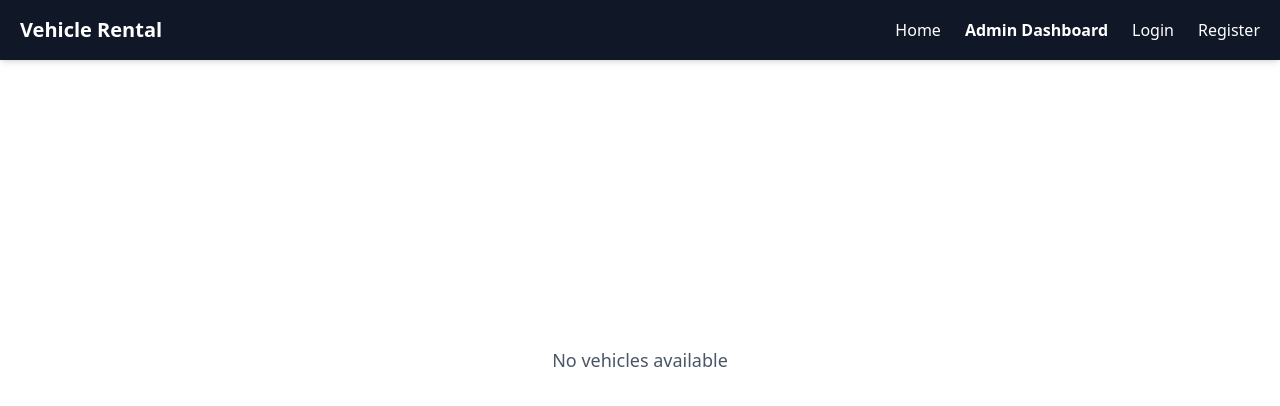
Repository: Sugan-g/vehicle-rental-system
Page: / (app in frontend/)
An editor plug-in stored every save of this project. The page is shown before and after the next save, followed by the edit.
The browser window is 1280 px wide. The pictures show the whole page.
The page's requests for data from a server got no answer. The project was rebuilt for these pictures with package versions that can differ from the ones it lists, and the page was loaded fresh each time. No one was signed in, and anything a server would have sent is missing. Also part of the build but not shown: frontend/vite.config.js, frontend/src/components/VehicleCard.jsx, frontend/src/components/BookingForm.jsx, frontend/src/components/ReviewForm.jsx, frontend/src/pages/VehiclePage.jsx, frontend/src/pages/LoginPage.jsx, frontend/src/pages/RegisterPage.jsx, frontend/src/pages/RentalHistoryPage.jsx and 5 more.

Above is the page before, as saved 2025-11-03 10:34:32.

### frontend/index.html
<!doctype html>
<html lang="en">
  <head>
    <meta charset="UTF-8" />
    <link rel="icon" type="image/svg+xml" href="/vite.svg" />
    <meta name="viewport" content="width=device-width, initial-scale=1.0" />
    <title>Vehicle Rental System</title>
        <link rel="stylesheet" href="/src/index.css" />

  </head>
  <body>
    <div id="root"></div>
    <script type="module" src="/src/main.jsx"></script>
  </body>
</html>

### frontend/src/main.jsx
import React from "react";
import ReactDOM from "react-dom/client";
import App from "./App.jsx";
import "./index.css";

ReactDOM.createRoot(document.getElementById("root")).render(
    <React.StrictMode>
        <App />
    </React.StrictMode>
);

### frontend/src/App.jsx
import { BrowserRouter as Router, Routes, Route } from "react-router-dom";
import Navbar from "./components/Navbar.jsx";
import HomePage from "./pages/HomePage.jsx";
import VehiclePage from "./pages/VehiclePage.jsx";
import LoginPage from "./pages/LoginPage.jsx";
import RegisterPage from "./pages/RegisterPage.jsx";
import RentalHistoryPage from "./pages/RentalHistoryPage.jsx";
import AdminPage from "./pages/AdminPage.jsx";
import BookingPage from "./pages/BookingPage.jsx";
import MyBookings from "./pages/MyBookings.jsx";
import EditBooking from "./pages/EditBooking.jsx";

function App() {
    return (
        <Router>
            <Navbar />
            <Routes>
                <Route path="/" element={<HomePage />} />
                <Route path="/vehicle/:id" element={<VehiclePage />} />
                <Route path="/login" element={<LoginPage />} />
                <Route path="/register" element={<RegisterPage />} />
                <Route path="/rental-history" element={<RentalHistoryPage />} />
                <Route path="/admin" element={<AdminPage />} />
                <Route path="/book/:vehicleId" element={<BookingPage />} />
                <Route path="/my-bookings" element={<MyBookings />} />
                <Route path="/edit-booking/:id" element={<EditBooking />} />

            </Routes>
        </Router>
    );
}

export default App;

### frontend/src/components/Navbar.jsx
import { Link, useNavigate } from "react-router-dom";
import { useState, useEffect } from "react";
import { FiMenu, FiX } from "react-icons/fi";

export default function Navbar() {
  const navigate = useNavigate();
  const [isLoggedIn, setIsLoggedIn] = useState(false);
  const [menuOpen, setMenuOpen] = useState(false);
  const [role, setRole] = useState(null);

  useEffect(() => {
    const token = localStorage.getItem("token");
    const userRole = localStorage.getItem("role");

    setIsLoggedIn(!!token);
    setRole(userRole);
  }, []);

  const handleLogout = () => {
    localStorage.removeItem("token");
    localStorage.removeItem("role");
    setIsLoggedIn(false);
    setRole(null);
    navigate("/login");
  };

  return (
    <nav className="bg-gray-900 text-white px-5 py-4 shadow-md fixed top-0 left-0 w-full z-50">
      <div className="flex justify-between items-center">
        <Link to="/" className="text-xl font-bold">
          Vehicle Rental
        </Link>

        {/* Mobile Menu Toggle */}
        <button
          className="md:hidden text-2xl"
          onClick={() => setMenuOpen(!menuOpen)}
        >
          {menuOpen ? <FiX /> : <FiMenu />}
        </button>

        {/* Desktop Menu */}
        <div className="hidden md:flex space-x-6 items-center">
          <Link to="/">Home</Link>

            <Link to="/admin" className="font-semibold">
              Admin Dashboard
            </Link>


          {isLoggedIn ? (
            <>
              <Link to="/rental-history">My Rentals</Link>
              <button onClick={handleLogout} className="hover:text-red-400">
                Logout
              </button>
            </>
          ) : (
            <>
              <Link to="/login">Login</Link>
              <Link to="/register">Register</Link>
            </>
          )}
        </div>
      </div>

      {/* ✅ Mobile Dropdown Menu */}
      <div
        className={`md:hidden transition-all duration-300 overflow-hidden ${
          menuOpen ? "max-h-60 mt-3" : "max-h-0"
        }`}
      >
        <div className="bg-gray-800 p-5 rounded-lg flex flex-col space-y-4 text-center">
          <Link to="/" onClick={() => setMenuOpen(false)}>
            Home
          </Link>

          {isLoggedIn && role === "admin" && (
            <Link
              to="/admin/dashboard"
              onClick={() => setMenuOpen(false)}
              className="font-semibold text-yellow-400"
            >
              Admin Dashboard
            </Link>
          )}

          {isLoggedIn ? (
            <>
              <Link
                to="/rental-history"
                onClick={() => setMenuOpen(false)}
              >
                My Rentals
              </Link>
              <button
                onClick={() => {
                  handleLogout();
                  setMenuOpen(false);
                }}
                className="text-red-400 font-semibold"
              >
                Logout
              </button>
            </>
          ) : (
            <>
              <Link to="/login" onClick={() => setMenuOpen(false)}>
                Login
              </Link>
              <Link to="/register" onClick={() => setMenuOpen(false)}>
                Register
              </Link>
            </>
          )}
        </div>
      </div>
    </nav>
  );
}

### frontend/src/pages/HomePage.jsx
import { useEffect, useState } from "react";
import API from "../api/api.js";
import VehicleCard from "../components/VehicleCard.jsx";

export default function HomePage() {
    const [vehicles, setVehicles] = useState([]);
    const [loading, setLoading] = useState(true);

    useEffect(() => {
        const fetchVehicles = async () => {
            try {
                const res = await API.get("/vehicles");
                setVehicles(res.data);
            } catch (error) {
                console.error("Error fetching vehicles:", error);
            } finally {
                setLoading(false);
            }
        };
        fetchVehicles();
    }, []);

    if (loading) {
        return (
            <div className="flex justify-center items-center min-h-screen">
                <p className="text-lg font-medium text-gray-600">Loading vehicles...</p>
            </div>
        );
    }

    if (!vehicles.length) {
        return (
            <div className="flex justify-center items-center min-h-screen">
                <p className="text-lg font-medium text-gray-600">No vehicles available</p>
            </div>
        );
    }

    return (
        <div className="max-w-7xl mx-auto px-4 sm:px-6 lg:px-8 py-8">
            <h1 className="text-2xl font-bold mb-6 text-center md:text-left">
                Available Vehicles
            </h1>

            <div className="
                grid gap-6
                grid-cols-1
                sm:grid-cols-2
                lg:grid-cols-3
                xl:grid-cols-4
            ">
                {vehicles.map(vehicle => (
                    <VehicleCard key={vehicle._id} vehicle={vehicle} />
                ))}
            </div>
        </div>
    );
}

### frontend/src/api/api.js
import axios from "axios";

const API = axios.create({
    baseURL: "http://localhost:5000/api"
});

// Add token automatically
API.interceptors.request.use((req) => {
    const token = localStorage.getItem("token");
    if (token) req.headers.Authorization = `Bearer ${token}`;
    return req;
});

export default API;

Loaded but not shown: frontend/src/index.css (common file)

After the next save:
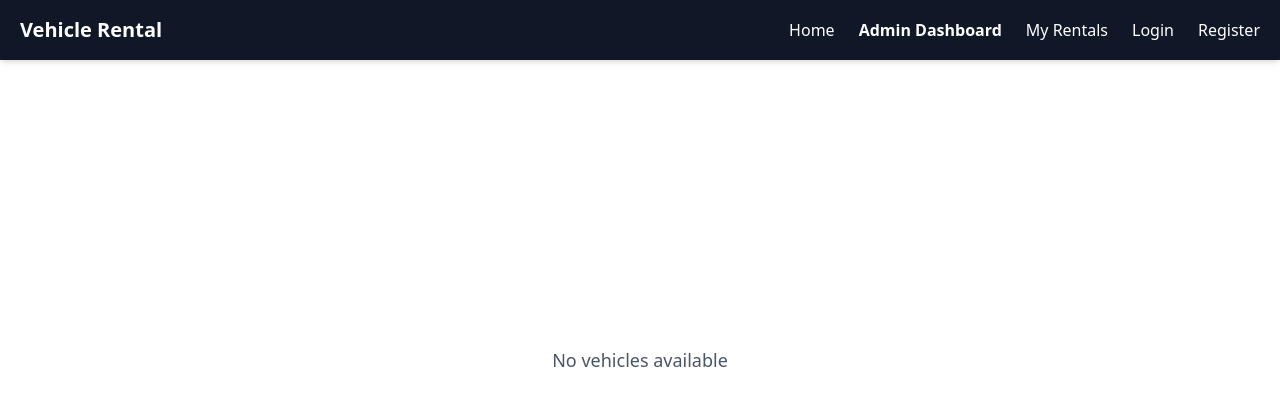
Saved 6 min 5 s later.
--- a/frontend/src/components/Navbar.jsx
+++ b/frontend/src/components/Navbar.jsx
@@ -48,19 +48,19 @@ export default function Navbar() {
             </Link>
 
 
-          {isLoggedIn ? (
-            <>
-              <Link to="/rental-history">My Rentals</Link>
-              <button onClick={handleLogout} className="hover:text-red-400">
-                Logout
-              </button>
-            </>
-          ) : (
-            <>
-              <Link to="/login">Login</Link>
-              <Link to="/register">Register</Link>
-            </>
-          )}
+         <Link to="/rental-history">My Rentals</Link>
+
+{isLoggedIn ? (
+  <button onClick={handleLogout} className="hover:text-red-400">
+    Logout
+  </button>
+) : (
+  <>
+    <Link to="/login">Login</Link>
+    <Link to="/register">Register</Link>
+  </>
+)}
+
         </div>
       </div>
 
